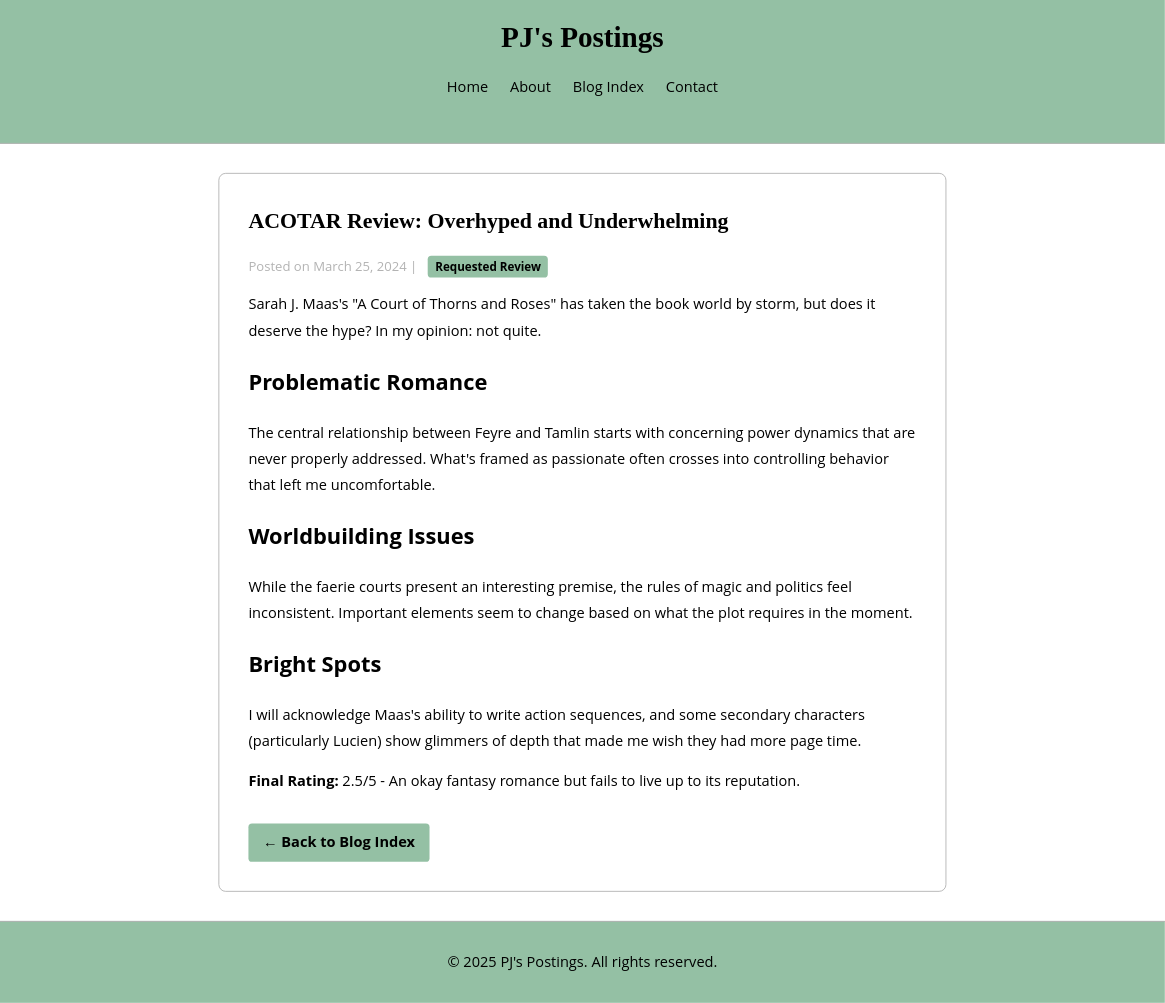
Repository: pjpatrick071/pjpatrick071.github.io
Page: posts/acotar-review.html
These files come from the project's save history. The page is drawn as it stood at one moment and after the next save; the edit follows.
The browser window is 1280 px wide. The pictures show the whole page, at 91% of full size.

Above is the page before, as saved 2025-04-03 20:03:37.

After the next save:
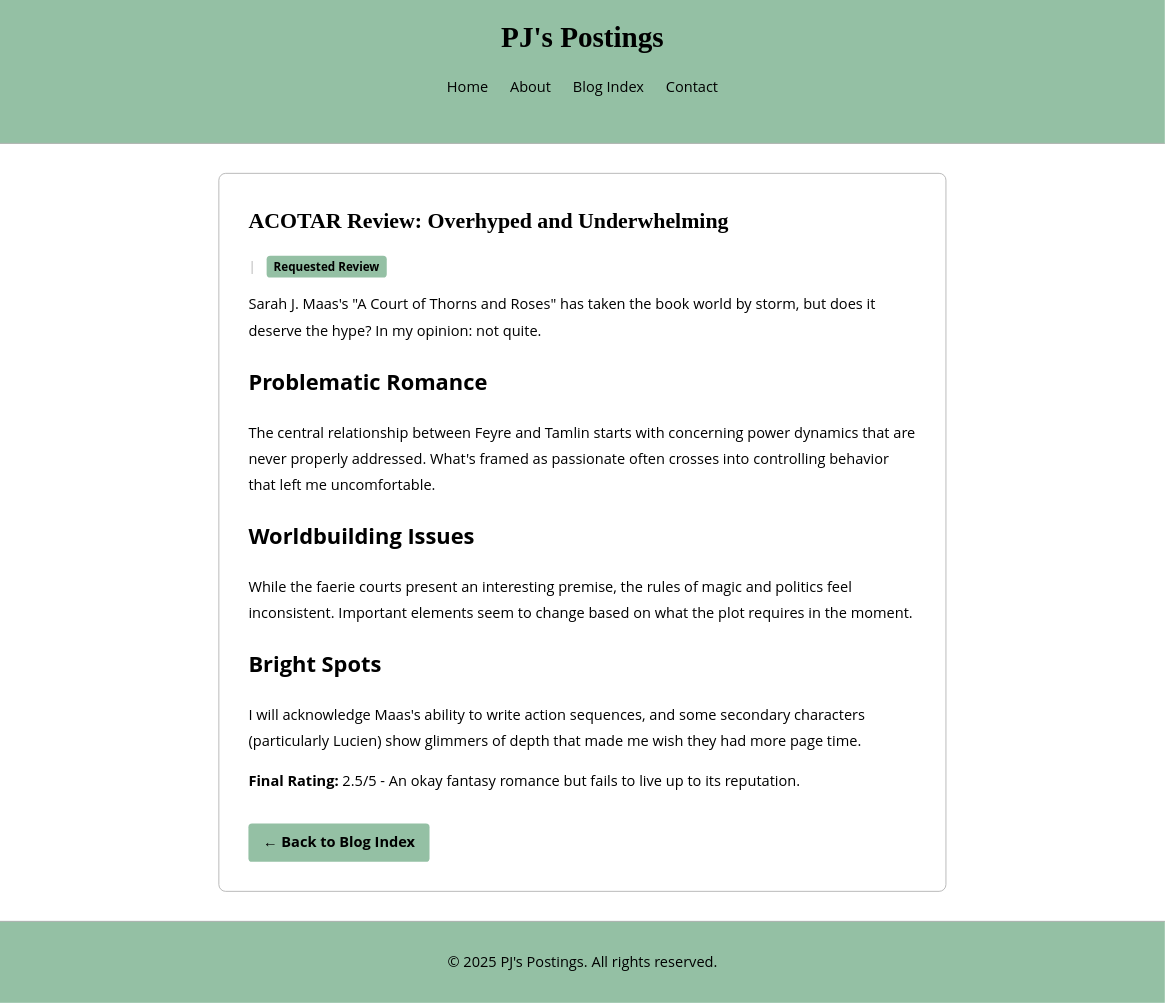
Saved 95 s later.
--- a/posts/acotar-review.html
+++ b/posts/acotar-review.html
@@ -147,7 +147,7 @@
     <div class="container">
         <article class="blog-post">
             <h1 class="post-title">ACOTAR Review: Overhyped and Underwhelming</h1>
-            <p class="post-meta">Posted on March 25, 2024 | <span class="requested-badge">Requested Review</span></p>
+            <p class="post-meta"> | <span class="requested-badge">Requested Review</span></p>
 
             <div class="post-content">
                 <p>Sarah J. Maas's "A Court of Thorns and Roses" has taken the book world by storm, but does it deserve the hype? In my opinion: not quite.</p>

After the save that followed:
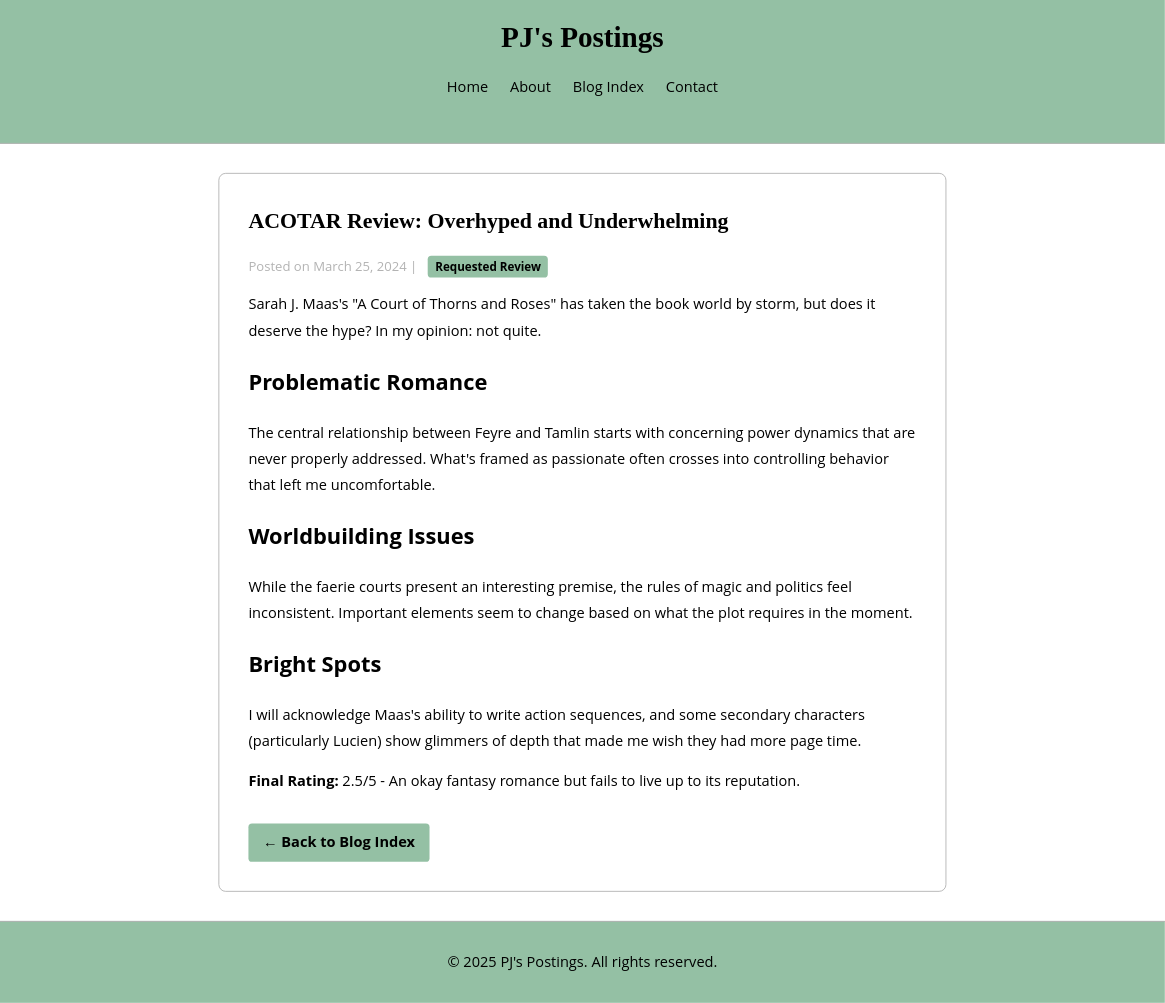
Saved 32 s later.
--- a/posts/acotar-review.html
+++ b/posts/acotar-review.html
@@ -135,7 +135,7 @@
                 <li><a href="../index.html">Home</a></li>
                 <li><a href="../about.html">About</a></li>
                 <li><a href="../blog.html">Blog Index</a></li>
-                <li><a href="../contact.html">Contact</a></li>
+                <li><a href="../con">Contact</a></li>
             </ul>
         </nav>
         <div class="social-links">
@@ -147,7 +147,7 @@
     <div class="container">
         <article class="blog-post">
             <h1 class="post-title">ACOTAR Review: Overhyped and Underwhelming</h1>
-            <p class="post-meta"> | <span class="requested-badge">Requested Review</span></p>
+            <p class="post-meta">Posted on March 25, 2024 | <span class="requested-badge">Requested Review</span></p>
 
             <div class="post-content">
                 <p>Sarah J. Maas's "A Court of Thorns and Roses" has taken the book world by storm, but does it deserve the hype? In my opinion: not quite.</p>
